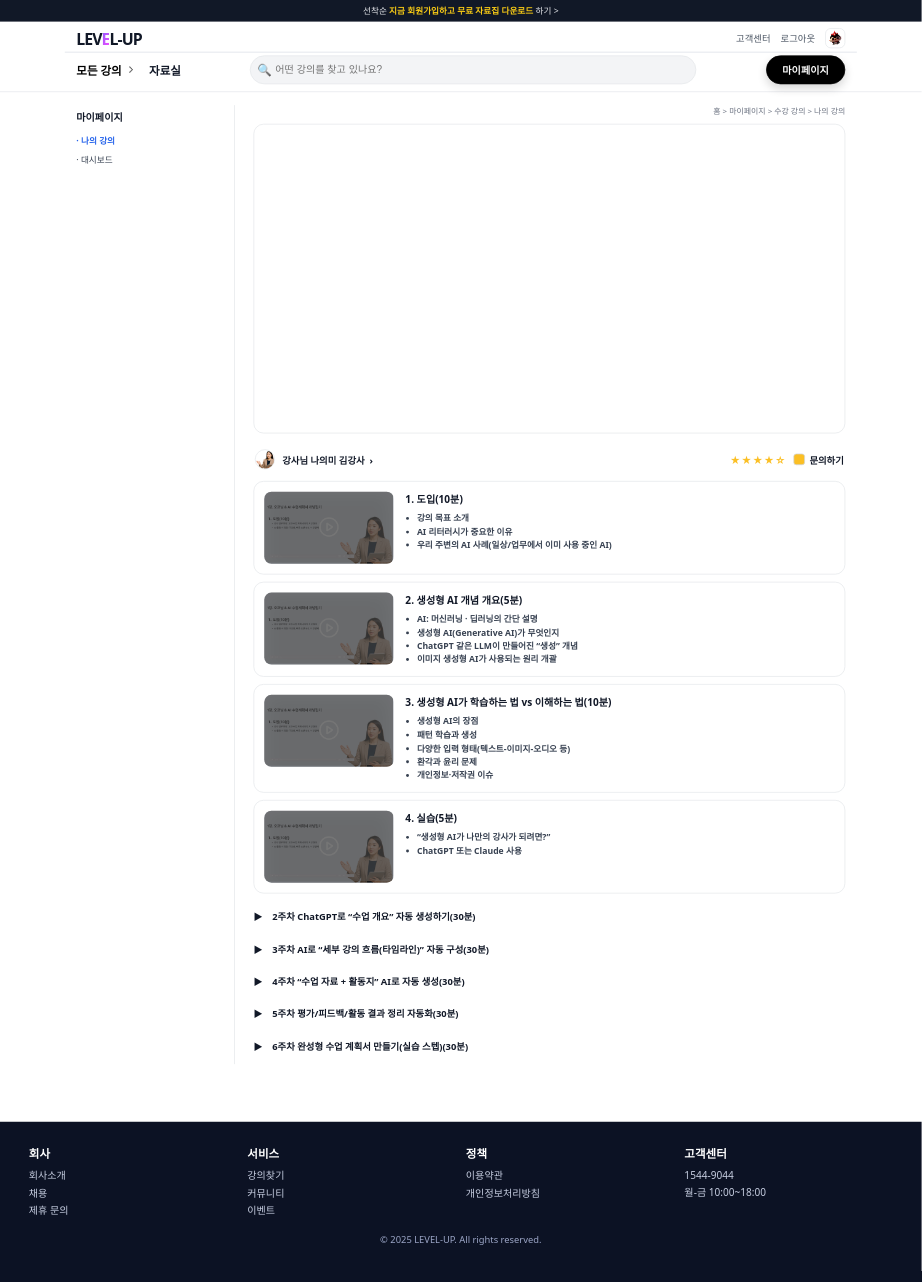
Repository: Iimchaehoon/level_up
Page: my_lecture.html
An editor plug-in stored every save of this project. The page is shown before and after the next save, followed by the edit.
The browser window is 1280 px wide. The pictures show the whole page, at 72% of full size.

Above is the page before, as saved 2025-12-14 19:30:36.

### my_lecture.html
<!doctype html>
<html lang="ko">
<head>
  <meta charset="UTF-8" />
  <meta name="viewport" content="width=device-width,initial-scale=1" />
  <title>나의 강의 | LEVEL-UP</title>

  <link rel="stylesheet" href="styles.css" />

  <style>
    :root{
      --gray-50:#f9fafb; --gray-100:#f3f4f6; --gray-200:#e5e7eb; --gray-300:#d1d5db;
      --gray-400:#9ca3af; --gray-500:#6b7280; --gray-600:#4b5563; --gray-700:#374151;
      --black:#111827; --primary:#2563eb;
    }
    *{ box-sizing:border-box; }
    body{ margin:0; font-family:"Noto Sans KR",system-ui,-apple-system,BlinkMacSystemFont,"Segoe UI",sans-serif; background:#fff; color:var(--black); }
    a{ color:inherit; text-decoration:none; }
    img{ max-width:100%; display:block; }
    button{ font-family:inherit; }

    /* ───────── 상단 공지 ───────── */
    .topbar{ background:#111827; color:#e5e7eb; font-size:12px; text-align:center; padding:6px 16px; }
    .topbar strong{ color:#facc15; font-weight:600; }

    /* ───────── 헤더(고정 + 드롭다운 동작 보장) ───────── */
    .header{ background:#fff; border-bottom:1px solid var(--gray-200); position:sticky; top:0; z-index:999; }
    .header{ position:sticky; top:0; }
    .header{ /* 드롭다운 absolute 기준 */ position:sticky; }
    .header-top{
      display:flex; align-items:center; justify-content:space-between;
      max-width:1100px; margin:0 auto; padding:8px 16px 4px;
    }
    .brand{ font-size:22px; font-weight:800; letter-spacing:-0.06em; cursor:pointer; }
    .brand__e{
      display:inline-block;
      background:linear-gradient(120deg,#7b5cff,#ff4bff);
      -webkit-background-clip:text; color:transparent;
    }
    .header-top__right{ display:flex; align-items:center; gap:14px; font-size:13px; }
    .nav-util{ color:var(--gray-600); cursor:pointer; }
    .profile-avatar{
      width:28px; height:28px; border-radius:8px; object-fit:cover; border:1px solid var(--gray-200);
    }

    .header-bottom{
      display:grid;
      grid-template-columns:auto minmax(260px,1fr) auto;
      align-items:center; gap:16px;
      max-width:1100px; margin:0 auto;
      padding:4px 16px 10px;
      border-top:1px solid rgba(148,163,184,.35);
      position:relative;
    }
    .header-bottom__left{ display:flex; align-items:center; gap:16px; }
    .menu-title{
      background:none; border:none; padding:6px 0; font:inherit;
      font-weight:600; display:inline-flex; align-items:center; gap:4px;
      cursor:pointer;
    }
    .menu-title:hover{ color:var(--primary); }

    .header-bottom__center{ display:flex; justify-content:center; }
    .header-bottom__right{ display:flex; justify-content:flex-end; }

    .nav__search{ position:relative; max-width:620px; width:100%; }
    .nav__search input{
      width:100%;
      padding:11px 14px 11px 34px;
      border-radius:999px;
      border:1px solid var(--gray-200);
      background:var(--gray-100);
      font-size:14px;
      outline:none;
    }
    .icon-search{
      position:absolute; left:10px; top:50%; transform:translateY(-50%);
      font-size:16px; color:var(--gray-600);
      cursor:default;
    }

    .menu-toggle-icon{
      width:18px; height:18px;
      background-image:url("./assets/Button_1.png");
      background-size:contain; background-repeat:no-repeat; background-position:center;
      transform:rotate(0deg);
      transform-origin:center;
      transition:transform .15s ease;
    }
    .menu-toggle-icon.open{ transform:rotate(90deg); }

    .btn{
      border-radius:12px;
      border:1px solid transparent;
      padding:10px 16px;
      font-weight:600;
      cursor:pointer;
      background:#fff;
      color:var(--black);
      transition:all .2s ease;
    }
    .btn.mypage-btn{
      border-radius:999px;
      background:#000;
      color:#fff;
      padding:9px 22px;
      font-size:14px;
      border:1px solid #000;
      box-shadow: 0 6px 14px rgba(0,0,0,0.16);
      transition: background-color .18s ease, box-shadow .18s ease, transform .18s ease;
    }
    .btn.mypage-btn:hover{
      background: rgba(0,0,0,0.86);
      box-shadow: 0 8px 18px rgba(0,0,0,0.18);
      transform: translateY(-1px);
    }
    .btn.mypage-btn:active{
      background: rgba(0,0,0,0.78);
      box-shadow: 0 4px 10px rgba(0,0,0,0.14);
      transform: translateY(1px);
    }

    /* 드롭다운 */
    .nav-dropdown{
      display:none;
      position:absolute;
      background:#fff;
      border-radius:18px;
      box-shadow:0 20px 40px rgba(15,23,42,.18);
      padding:10px 0;
      min-width:260px;
      z-index:2000;
    }
    .nav-dropdown__list{ list-style:none; margin:0; padding:0; }
    .nav-dropdown__item{
      display:flex; align-items:center; gap:10px;
      padding:8px 16px; font-size:14px; white-space:nowrap;
      cursor:pointer;
    }
    .nav-dropdown__item + .nav-dropdown__item{ border-top:1px solid var(--gray-200); }
    .nav-dropdown__item:hover{ background:var(--gray-50); }
    .nav-dropdown__icon{ width:22px; height:22px; object-fit:contain; }

    /* ───────── 페이지 레이아웃(피그마 느낌) ───────── */
    .page{
      max-width:1100px;
      margin:0 auto;
      padding:18px 16px 80px;
      display:grid;
      grid-template-columns:220px 1fr;
      gap:26px;
    }

    /* 좌측 메뉴 */
    .side{ border-right:1px solid var(--gray-200); padding-right:18px; }
    .side__title{ font-size:14px; font-weight:900; margin:6px 0 14px; }
    .side__group{ margin-bottom:18px; }
    .side__group h4{ margin:0 0 8px; font-size:12px; font-weight:900; color:var(--black); }
    .side__links{ display:flex; flex-direction:column; gap:8px; font-size:12px; }
    .side__links a{ color:var(--gray-700); cursor:pointer; }
    .side__links a.active{ color:var(--primary); font-weight:900; }

    /* 메인 상단 breadcrumb */
    .main__crumb{ font-size:11px; color:var(--gray-500); text-align:right; margin:0 0 8px; }

    /* 상단 히어로 카드 */
    .hero-card{
      height: 430px;
      background:url(./my_lec/Group_427322280.png);
      background-size:cover;
      border-radius:16px;
      padding:22px 22px;
      display:flex;
      justify-content:space-between;
      align-items:center;
      gap:16px;
    }
    .hero-title{ margin:0; font-size:22px; font-weight:900; }
    .hero-sub{ margin:10px 0 0; font-size:14px; color:var(--gray-700); font-weight:600; }
    .hero-figure{
      width:260px; height:170px;
      border-radius:12px;
      overflow:hidden;
      display:flex;
      align-items:center;
      justify-content:center;
    }
    .hero-figure img{ width:100%; height:100%; object-fit:contain; }

    /* 강사/별점/문의하기 라인 */
    .teacher-row{
      margin:16px 0 10px;
      display:flex;
      align-items:center;
      justify-content:space-between;
      padding:6px 2px;
    }
    .teacher-left{
      display:flex; align-items:center; gap:10px;
      font-size:13px; font-weight:800;
    }
    .teacher-avatar{
      width:28px; height:28px; border-radius:999px;
      object-fit:cover; border:1px solid var(--gray-200);
      background:#fff;
    }
    .teacher-right{
      display:flex; align-items:center; gap:10px;
      font-size:13px; font-weight:800;
    }
    .stars{
      color:#fbbf24;
      letter-spacing:1px;
      font-size:14px;
    }
    .ask{
      display:inline-flex; align-items:center; gap:6px;
      color:var(--black);
      cursor:pointer;
    }
    .ask .icon{
      width:16px; height:16px;
      border:1px solid var(--gray-300);
      border-radius:4px;
      display:inline-block;
      position:relative;
      background:#fbbf24;

    }
    .ask .icon:after{
      content:"";
      position:absolute;
      left:4px; top:4px;
      width:8px; height:6px;
      border:1px solid var(--gray-400);
      border-radius:2px;
    }
    .icon:after{
        display: none;
    }
    /* 오프닝/커리큘럼 카드 */
    .unit-card{
      background:#fff;
      border:1px solid var(--gray-200);
      border-radius:14px;
      padding:14px;
      margin-top:10px;
    }

    /* 썸네일: "배경(Group) + 필름(Rectangle)" 합성 */
    .thumb-composite{
      width:180px;
      height:100px;
      border-radius:10px;
      overflow:hidden;
      background:#e5e7eb;
      position:relative;
      flex:0 0 auto;
    }
    .thumb-composite .bg{
      position:absolute; inset:0;
      width:100%; height:100%;
      object-fit:cover;
    }
    .thumb-composite .film{
      position:absolute;
      right:1px;
      bottom:-6px;
      width:100%;
      height:auto;
      object-fit:contain;
      pointer-events:none;
      filter: drop-shadow(0 8px 14px rgba(0,0,0,.18));
    }
    .thumb-composite .playerbar{
      position:absolute;
      left:8px;
      bottom:8px;
      width:65%;
      height:auto;
      object-fit:contain;
      pointer-events:none;
      opacity:.95;
    }

    .unit-row{
      display:flex;
      gap:16px;
      align-items:flex-start;
    }
    .unit-body{
      flex:1;
    }
    .unit-title{
      margin:0 0 8px;
      font-size:14px;
      font-weight:900;
    }
    .unit-list{
      margin:0;
      padding-left:16px;
      font-size:12px;
      color:var(--gray-700);
      line-height:1.55;
      font-weight:600;
    }

    /* 아코디언 (2~6주차) */
    .accordion{
      margin-top:12px;
      border-radius:14px;
    }
    .acc-item{ margin:6px 0; }
    .acc-btn{
      width:100%;
      background:transparent;
      border:none;
      padding:10px 0;
      display:flex;
      align-items:center;
      gap:10px;
      font-size:13px;
      font-weight:900;
      cursor:pointer;
      color:var(--black);
      text-align:left;
    }
    .acc-arrow{
      width:16px;
      display:inline-block;
      transform:rotate(0deg);
      transition:transform .18s ease;
      color:var(--black);
    }
    .acc-item.open .acc-arrow{ transform:rotate(90deg); }

    .acc-panel{
      max-height:0;
      overflow:hidden;
      transition:max-height .22s ease;
      padding-left:26px;
    }
    .acc-inner{
      padding:8px 0 12px;
      color:var(--gray-700);
      font-size:12px;
      line-height:1.6;
      font-weight:600;
    }

    /* 푸터(너가 준 그대로) */
    .footer {
      background: #0c1224;
      color: #c7cee1;
      padding: 32px 24px 50px;
    }
    .footer__links {
      max-width: 1200px;
      margin: 0 auto 18px;
      display: grid;
      grid-template-columns: repeat(auto-fit, minmax(180px, 1fr));
      gap: 14px;
    }
    .footer h4 {
      margin: 0 0 8px;
      color: #ffffff;
    }
    .footer a {
      display: block;
      margin: 4px 0;
      font-size: 14px;
      cursor:pointer;
    }
    .footer__copy {
      margin: 0;
      text-align: center;
      font-size: 13px;
      color: #9ca6c7;
    }

    @media (max-width:980px){
      .page{ grid-template-columns:1fr; }
      .side{ border-right:none; padding-right:0; }
      .hero-figure{ width:200px; height:140px; }
      .thumb-composite{ width:150px; height:90px; }
    }
  </style>
</head>

<body>
  <div class="topbar">
    선착순 <strong>지금 회원가입하고 무료 자료집 다운로드</strong> 하기 &gt;
  </div>

  <!-- ✅ 헤더 -->
  <header class="header" id="headerRoot">
    <div class="header-top">
      <div class="header-top__left">
        <a href="index.html" class="brand">LEV<span class="brand__e">E</span>L-UP</a>
      </div>
      <div class="header-top__right header-top__right--authed">
        <span class="nav-util">고객센터</span>
        <span class="nav-util">로그아웃</span>
        <img class="profile-avatar" src="./assets/ddd_thumbnail.png" alt="프로필" />
      </div>
    </div>

    <div class="header-bottom">
      <div class="header-bottom__left">
        <button class="menu-title has-dropdown" id="allLecturesBtn" type="button">
          <span>모든 강의</span>
          <span class="menu-toggle-icon" id="menuToggleIcon" aria-hidden="true"></span>
        </button>
        <a class="menu-title" href="course.html">자료실</a>
      </div>

      <div class="header-bottom__center">
        <div class="nav__search">
          <span class="icon-search">🔍</span>
          <input type="text" placeholder="어떤 강의를 찾고 있나요?" />
        </div>
      </div>

      <div class="header-bottom__right">
        <button class="btn mypage-btn" type="button" data-nav="mypage">마이페이지</button>
      </div>
    </div>

    <!-- 드롭다운 -->
    <div class="nav-dropdown" id="navDropdown">
      <ul class="nav-dropdown__list">
        <li class="nav-dropdown__item js-go-ai-basic">
          <img src="./assets/9342101 1.png" alt="" class="nav-dropdown__icon" />
          <span>AI 기초 이해 · 리터러시</span>
        </li>
        <li class="nav-dropdown__item"><img src="./assets/9a04e59f-39b9-42de-9d05-d933becf10b4 1.png" alt="" class="nav-dropdown__icon" /><span>업무 효율 향상</span></li>
        <li class="nav-dropdown__item"><img src="./assets/son-eul-jabgo-huinsaeg-baegyeong-3d-geulim-e-keullibbodeue-chekeuliseuteu-sincheongseo-munseo-jagseong (1) 1.png" alt="" class="nav-dropdown__icon" /><span>교육 자료 제작</span></li>
        <li class="nav-dropdown__item"><img src="./assets/9731562 1.png" alt="" class="nav-dropdown__icon" /><span>원생 관리</span></li>
        <li class="nav-dropdown__item"><img src="./assets/10316159 1.png" alt="" class="nav-dropdown__icon" /><span>상담 업무</span></li>
        <li class="nav-dropdown__item"><img src="./assets/63624731-5ef5-4ba4-8c7f-82a551538336 1.png" alt="" class="nav-dropdown__icon" /><span>강의 기획 · 교육 설계</span></li>
        <li class="nav-dropdown__item"><img src="./assets/9d016f34-375d-4ba7-8c87-c7b0c5c7740b 1.png" alt="" class="nav-dropdown__icon" /><span>강의 홍보 · 피드백</span></li>
        <li class="nav-dropdown__item"><img src="./assets/04f8dee7-4018-491e-96a9-dbf9a50d942b 1.png" alt="" class="nav-dropdown__icon" /><span>자료 · 로고 디자인</span></li>
        <li class="nav-dropdown__item"><img src="./assets/11591525 1.png" alt="" class="nav-dropdown__icon" /><span>창업 · 수익화</span></li>
      </ul>
    </div>
  </header>

  <main class="page">
    <!-- 좌측 -->
    <aside class="side">
      <div class="side__title">마이페이지</div>
      <div class="side__group">
        <div class="side__links">
          <a class="active" href="my_lecture.html">· 나의 강의</a>
          <a href="#">· 대시보드</a>
        </div>
      </div>
    </aside>

    <!-- 우측 -->
    <section class="main">
      <div class="main__crumb">홈 &gt; 마이페이지 &gt; 수강 강의 &gt; 나의 강의</div>

      <!-- 상단 카드 -->
      <div class="hero-card unit-card js-go-player">

      </div>

      <!-- 강사 라인 -->
      <div class="teacher-row">
        <div class="teacher-left">
          <img class="teacher-avatar" src="./my_lec/mylect_my.png" alt="강사 프로필">
          <span>강사님 나의미 김강사 &nbsp;›</span>
        </div>
        <div class="teacher-right">
          <span class="stars">★★★★☆</span>
          <span class="ask"><span class="icon" aria-hidden="true"></span>문의하기</span>
        </div>
      </div>

      <!-- 1~4 카드(피그마 스타일: 썸네일 합성 + 리스트) -->
      <div class="unit-card">
        <div class="unit-row">
          <div class="thumb-composite">
            <img class="bg" src="./my_lec/Group_427322280.png" alt="오프닝 썸네일"
                 onerror="this.onerror=null; this.src='./my_lec/Group_42732280.png';" />
            <img class="playerbar" src="./my_lec/Group_427322371.png" alt="플레이어바"
                 onerror="this.onerror=null; this.style.display='none';" />
            <img class="film" src="./my_lec/Rectangle_3468940.png" alt="필름 오버레이"
                 onerror="this.onerror=null; this.style.display='none';" />
          </div>
          <div class="unit-body">
            <p class="unit-title">1. 도입(10분)</p>
            <ul class="unit-list">
              <li>강의 목표 소개</li>
              <li>AI 리터러시가 중요한 이유</li>
              <li>우리 주변의 AI 사례(일상/업무에서 이미 사용 중인 AI)</li>
            </ul>
          </div>
        </div>
      </div>

      <div class="unit-card">
        <div class="unit-row">
          <div class="thumb-composite">
            <img class="bg" src="./my_lec/Group_427322280.png" alt="">
            <img class="playerbar" src="./my_lec/Group_427322371.png" alt="">
            <img class="film" src="./my_lec/Rectangle_3468940.png" alt="">
          </div>
          <div class="unit-body">
            <p class="unit-title">2. 생성형 AI 개념 개요(5분)</p>
            <ul class="unit-list">
              <li>AI: 머신러닝 · 딥러닝의 간단 설명</li>
              <li>생성형 AI(Generative AI)가 무엇인지</li>
              <li>ChatGPT 같은 LLM이 만들어진 “생성” 개념</li>
              <li>이미지 생성형 AI가 사용되는 원리 개괄</li>
            </ul>
          </div>
        </div>
      </div>

      <div class="unit-card">
        <div class="unit-row">
          <div class="thumb-composite">
            <img class="bg" src="./my_lec/Group_427322280.png" alt="">
            <img class="playerbar" src="./my_lec/Group_427322371.png" alt="">
            <img class="film" src="./my_lec/Rectangle_3468940.png" alt="">
          </div>
          <div class="unit-body">
            <p class="unit-title">3. 생성형 AI가 학습하는 법 vs 이해하는 법(10분)</p>
            <ul class="unit-list">
              <li>생성형 AI의 장점</li>
              <li>패턴 학습과 생성</li>
              <li>다양한 입력 형태(텍스트-이미지-오디오 등)</li>
              <li>환각과 윤리 문제</li>
              <li>개인정보·저작권 이슈</li>
            </ul>
          </div>
        </div>
      </div>

      <div class="unit-card">
        <div class="unit-row">
          <div class="thumb-composite">
            <img class="bg" src="./my_lec/Group_427322280.png" alt="">
            <img class="playerbar" src="./my_lec/Group_427322371.png" alt="">
            <img class="film" src="./my_lec/Rectangle_3468940.png" alt="">
          </div>
          <div class="unit-body">
            <p class="unit-title">4. 실습(5분)</p>
            <ul class="unit-list">
              <li>“생성형 AI가 나만의 강사가 되려면?”</li>
              <li>ChatGPT 또는 Claude 사용</li>
            </ul>
          </div>
        </div>
      </div>

      <!-- 2~6주차 아코디언 -->
      <div class="accordion" id="accordion">
        <div class="acc-item">
          <button class="acc-btn" type="button">
            <span class="acc-arrow">▶</span>
            2주차 ChatGPT로 “수업 개요” 자동 생성하기(30분)
          </button>
          <div class="acc-panel">
            <div class="acc-inner">
              - 수업 목표/대상/시간 입력<br/>
              - 개요/차시 구성 자동 생성<br/>
              - 출력물 검토 및 수정 팁
            </div>
          </div>
        </div>

        <div class="acc-item">
          <button class="acc-btn" type="button">
            <span class="acc-arrow">▶</span>
            3주차 AI로 “세부 강의 흐름(타임라인)” 자동 구성(30분)
          </button>
          <div class="acc-panel">
            <div class="acc-inner">
              - 도입/전개/정리 타임라인<br/>
              - 활동/퀴즈/피드백 삽입<br/>
              - 난이도 조절 방식
            </div>
          </div>
        </div>

        <div class="acc-item">
          <button class="acc-btn" type="button">
            <span class="acc-arrow">▶</span>
            4주차 “수업 자료 + 활동지” AI로 자동 생성(30분)
          </button>
          <div class="acc-panel">
            <div class="acc-inner">
              - 학습지 문항 생성<br/>
              - 예시/정답/채점 기준 만들기<br/>
              - PDF/문서로 정리 팁
            </div>
          </div>
        </div>

        <div class="acc-item">
          <button class="acc-btn" type="button">
            <span class="acc-arrow">▶</span>
            5주차 평가/피드백/활동 결과 정리 자동화(30분)
          </button>
          <div class="acc-panel">
            <div class="acc-inner">
              - 루브릭/평가 기준 작성<br/>
              - 피드백 문구 자동 생성<br/>
              - 결과 요약 템플릿
            </div>
          </div>
        </div>

        <div class="acc-item">
          <button class="acc-btn" type="button">
            <span class="acc-arrow">▶</span>
            6주차 완성형 수업 계획서 만들기(실습 스텝)(30분)
          </button>
          <div class="acc-panel">
            <div class="acc-inner">
              - 전체 수업계획서 합치기<br/>
              - 최종 검수 체크리스트<br/>
              - 제출용 포맷 정리
            </div>
          </div>
        </div>
      </div>

    </section>
  </main>

  <!-- ✅ 푸터(너가 준 그대로) -->
  <footer class="footer">
    <div class="footer__links">
      <div>
        <h4>회사</h4>
        <a href="#">회사소개</a>
        <a href="#">채용</a>
        <a href="#">제휴 문의</a>
      </div>
      <div>
        <h4>서비스</h4>
        <a href="#">강의찾기</a>
        <a href="#">커뮤니티</a>
        <a href="#">이벤트</a>
      </div>
      <div>
        <h4>정책</h4>
        <a href="#">이용약관</a>
        <a href="#">개인정보처리방침</a>
      </div>
      <div>
        <h4>고객센터</h4>
        <a href="tel:1544-9044">1544-9044</a>
        <a href="#">월-금 10:00~18:00</a>
      </div>
    </div>
    <p class="footer__copy">© 2025 LEVEL-UP. All rights reserved.</p>
  </footer>

  <script>
    /* ✅ 마이페이지 버튼 공통 이동 */
    document.addEventListener("click", (e) => {
      const btn = e.target.closest('[data-nav="mypage"]');
      if (!btn) return;
      window.location.href = "mypage.html";
    });

    /* ✅ 드롭다운 토글 (이 페이지 단독으로도 무조건 동작) */
    const headerRoot = document.getElementById("headerRoot");
    const allLecturesBtn = document.getElementById("allLecturesBtn");
    const navDropdown = document.getElementById("navDropdown");
    const menuToggleIcon = document.getElementById("menuToggleIcon");
    let open = false;

    function closeDropdown(){
      open = false;
      navDropdown.style.display = "none";
      menuToggleIcon.classList.remove("open");
    }

    allLecturesBtn?.addEventListener("click", (e) => {
      e.stopPropagation();
      open = !open;

      if(!open){ closeDropdown(); return; }

      navDropdown.style.display = "block";
      menuToggleIcon.classList.add("open");

      // 버튼 아래에 정확히 위치
      const btnRect = allLecturesBtn.getBoundingClientRect();
      navDropdown.style.top = (btnRect.bottom + window.scrollY + 8) + "px";
      navDropdown.style.left = (btnRect.left + window.scrollX) + "px";
    });

    document.addEventListener("click", (e) => {
      if (!open) return;
      if (!navDropdown.contains(e.target) && !allLecturesBtn.contains(e.target)) closeDropdown();
    });

    /* ✅ 드롭다운 메뉴 이동 */
    document.querySelectorAll(".js-go-ai-basic").forEach((el) => {
      el.addEventListener("click", () => {
        window.location.href = "lecture_ai_basic.html";
      });
    });

    /* ✅ 아코디언 */
    document.querySelectorAll(".acc-item").forEach((item) => {
      const btn = item.querySelector(".acc-btn");
      const panel = item.querySelector(".acc-panel");

      btn.addEventListener("click", () => {
        const isOpen = item.classList.contains("open");

        // 한 번에 하나만 열고 싶으면 아래 주석 해제
        // document.querySelectorAll(".acc-item.open").forEach((o) => {
        //   if(o !== item){
        //     o.classList.remove("open");
        //     o.querySelector(".acc-panel").style.maxHeight = 0;
        //   }
        // });

        if(isOpen){
          item.classList.remove("open");
          panel.style.maxHeight = 0;
        }else{
          item.classList.add("open");
          panel.style.maxHeight = panel.scrollHeight + "px";
        }
      });
    });
    document.querySelectorAll(".js-go-player").forEach((el) => {
  el.style.cursor = "pointer";
  el.addEventListener("click", () => {
    window.location.href = "player.html";
  });
});

  </script>
</body>
</html>

Loaded but not shown: styles.css (3154 lines, source omitted)

After the next save:
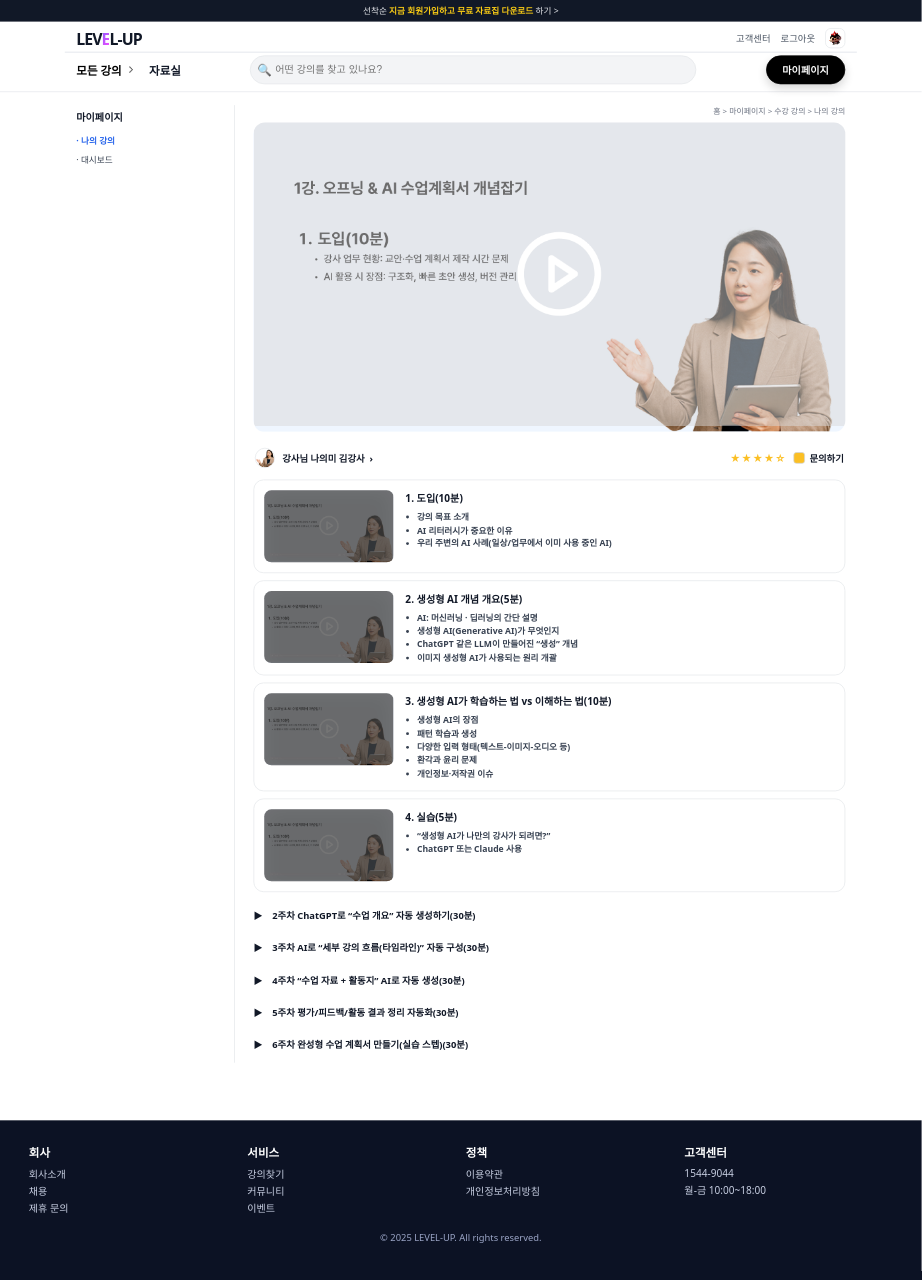
Saved 32 s later.
--- a/my_lecture.html
+++ b/my_lecture.html
@@ -462,7 +462,7 @@
       <div class="main__crumb">홈 &gt; 마이페이지 &gt; 수강 강의 &gt; 나의 강의</div>
 
       <!-- 상단 카드 -->
-      <div class="hero-card unit-card js-go-player">
+      <div class="hero-card js-go-player">
 
       </div>
 
